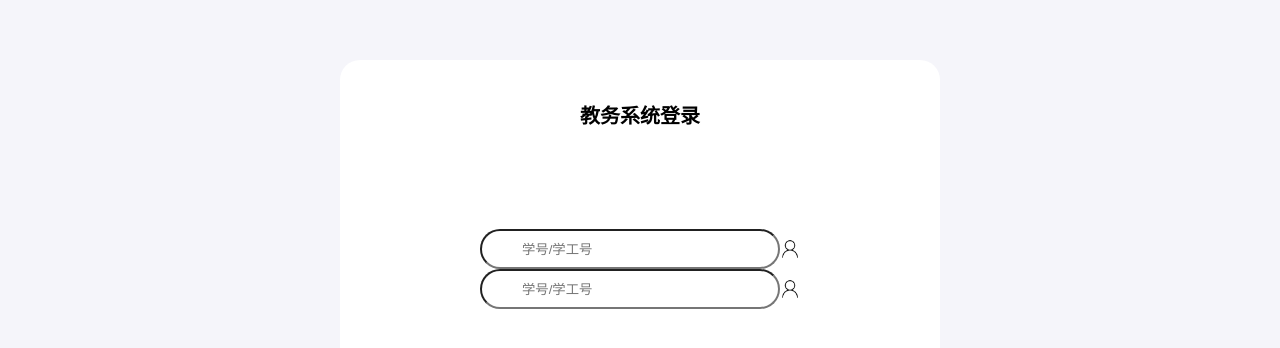
Repository: yangziteng/System
Page: / (app in myreact/)
These files come from the project's save history. The page is drawn as it stood at one moment and after the next save; the edit follows.
The browser window is 1280 px wide. The pictures show the whole page.
The project was rebuilt for these pictures with package versions that can differ from the ones it lists, and the page was loaded fresh each time. Also part of the build but not shown: myreact/vite.config.js, myreact/src/App.css, myreact/src/App.jsx, myreact/src/log.jsx.

Above is the page before, as saved 2022-07-08 12:44:27.

After the next save:
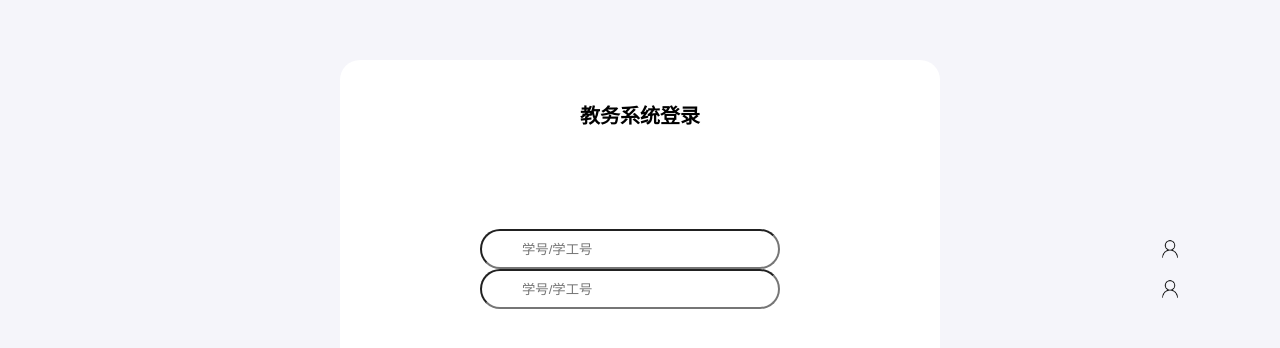
Saved 9 s later.
--- a/myreact/src/pages/Login/Login.css
+++ b/myreact/src/pages/Login/Login.css
@@ -54,6 +54,6 @@ input{
     width: 20px;
     height: 20px;
     position: relative;
-
+    left: 380px;
     /* right:290px */
 }
